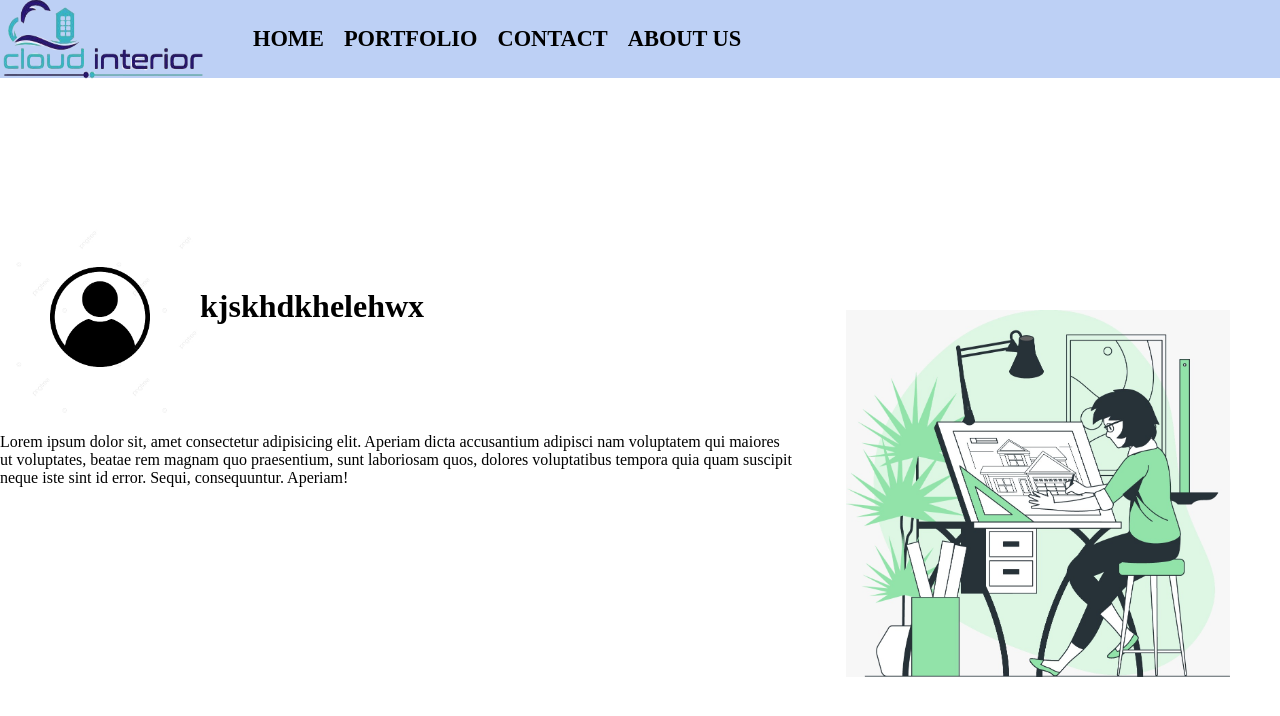
Repository: Ganavid/ganavidgowda.github.io
Page: cloud interior/about.html
These files come from the project's save history. The page is drawn as it stood at one moment and after a run of saves; the edit follows.
The browser window is 1280 px wide. The pictures show the whole page.

Above is the page before, as saved 2023-03-04 13:04:45.

### cloud interior/about.html
<!DOCTYPE html>
<html lang="en">

<head>
    <meta charset="UTF-8">
    <meta http-equiv="X-UA-Compatible" content="IE=edge">
    <meta name="viewport" content="width=device-width, initial-scale=1.0">
    <link rel="stylesheet" href="about.css">
    <title>cloud</title>
</head>

<body>
    <nav id="navbar">
        <div id="logocnt">
            <img id="logo" src="Layer 2.png" alt="the company" width="100px" height="50px">
        </div>
        <ul id="contents">
            <li class="item">
                <a href="" onclick="window.location.reload()">HOME</a>
            </li>
            <!-- <li class="item">
            <a href="#SERVICES">SERVICES</a>
            </li> -->
            <li class="item">
                <a href="gallery.html">PORTFOLIO</a>
            </li>
            <li class="item">
                <a href="register.html">CONTACT</a>
            </li>
            <li class="item">
                <a href="about.html">ABOUT US</a>
            </li>
        </ul>
    </nav>

    <div id="container">
        <div id="topic">
            <div id="namge">
                <img id="im" src="profile.jpg" alt="self">
                <h1>kjskhdkhelehwx</h1>
            </div>
            <p style="min">Lorem ipsum dolor sit, amet consectetur adipisicing elit. Aperiam dicta accusantium adipisci nam
                voluptatem qui maiores ut voluptates, beatae rem magnam quo praesentium, sunt laboriosam quos,
                dolores voluptatibus tempora quia quam suscipit neque iste sint id error. Sequi, consequuntur.
                Aperiam!
            </p>
        </div>
        <div id="subcontainer">
            <img src="aboutus.jpeg" alt="show" id="imgl">
        </div>
    </div>
</body>

</html>

### cloud interior/about.css
body {
    margin: 0px;
    padding: 0px;
    border: 0px;
    height: 100vh;
    /* padding-top: 13vh; */
    /* margin-top: 15vh; */
    /* background-color: rgba(123, 190, 212, 0.13); */
}


nav {
    display: flex;
    justify-content: left;
    background-color: #BDD0F5;
    padding: 3px;
    align-items: center;
    position: fixed;
    top: 0;
    width: 100vw;
    height: 10vh;
    min-height: 20px;
}

#logocnt {
    display: flex;
    flex-direction: row;
    margin: 8px 0px 8px 0px;
    padding-top: 5px;
    padding-bottom: 5px;
}

#logo {
    height: 80px;
    width: 200px;
    margin: 8px 0px 8px 0px;
    padding-top: 10px;
    padding-bottom: 10px;
}

#contents {
    display: flex;
    flex-direction: row;
    list-style: none;

}

#contents li {
    display: flex;
    flex-direction: row;
    list-style: none;
    margin: 0px 10px 0px 10px;

}


#contents li a {
    text-decoration: none;
    margin: 0xp 10px 0px 10px;
    color: white;
    font-family: ebrima;
    font-weight: bold;
    font-size: 140%;
    color: black;
}

#container {
    display: flex;
    flex-direction: row;
    /* border: solid aqua; */
    width: 100vw;
    margin: 0px;
    height: 100%;
    justify-content: space-around;

}

#im {
    height: 200px;
    width: 200px;
    border-radius: 50px;
}

#topic {
    display: flex;
    flex-direction: column;
    justify-content: center;

}

#subcontainer {

    height: 50%;
    margin: 50px;
    /* width: 60%; */

    margin-top: 0%;
    align-self: flex-end;
}

#namge{
    display: flex;
    flex-direction: row;
}

#imgl{
    width: 30vw;
    /* height: 30vh; */
}

h1 {
    padding-top: 50px;
}

After the next 4 saves:
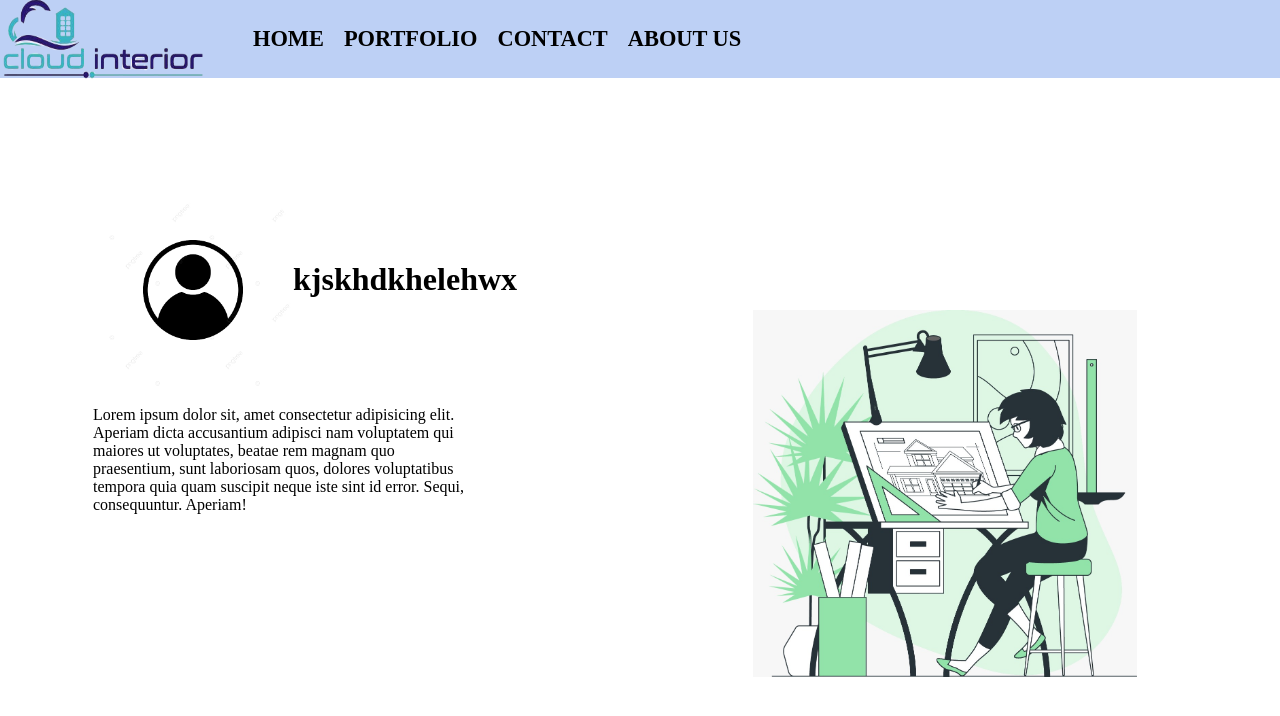
The 4 saves are shown as one change because they came seconds apart.
The last was saved 12 s later.
--- a/cloud interior/about.html
+++ b/cloud interior/about.html
@@ -39,7 +39,7 @@
                 <img id="im" src="profile.jpg" alt="self">
                 <h1>kjskhdkhelehwx</h1>
             </div>
-            <p style="min">Lorem ipsum dolor sit, amet consectetur adipisicing elit. Aperiam dicta accusantium adipisci nam
+            <p style="max-width: 30vw;">Lorem ipsum dolor sit, amet consectetur adipisicing elit. Aperiam dicta accusantium adipisci nam
                 voluptatem qui maiores ut voluptates, beatae rem magnam quo praesentium, sunt laboriosam quos,
                 dolores voluptatibus tempora quia quam suscipit neque iste sint id error. Sequi, consequuntur.
                 Aperiam!
